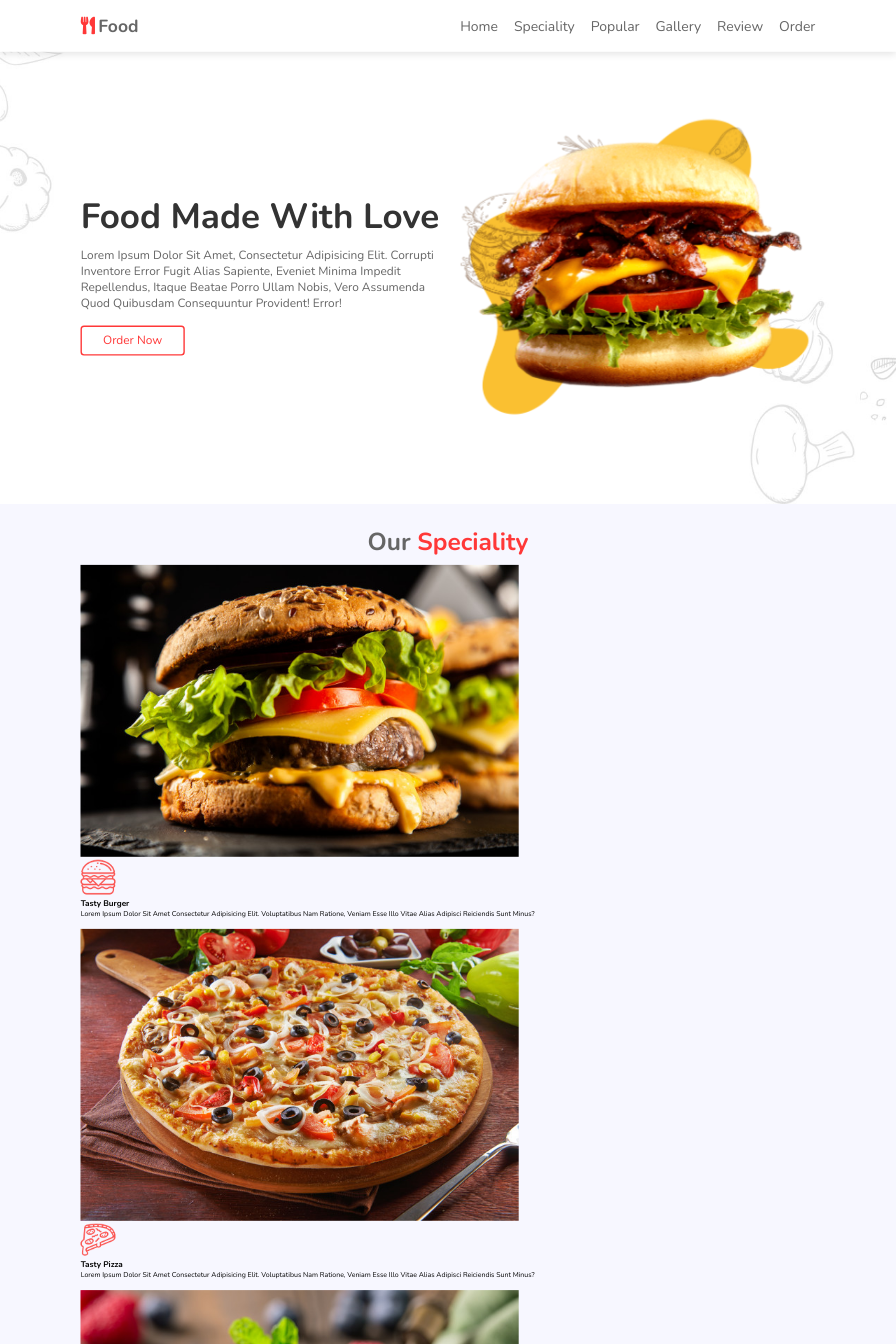
Repository: ManhTanVN/food
Page: index.html
These files come from the project's save history. The page is drawn as it stood at one moment and after the next save; the edit follows.
The browser window is 1280 px wide. The pictures show the part of the page from y = 0 to 1920 px (the page is 7150 px tall before and 4588 px after), at 70% of full size.
The style sheet was rebuilt from its Sass, Less or Tailwind sources for each picture, by a compiler version that may differ from the author's.

Above is the page before, as saved 2021-08-29 16:33:05.

After the next save:
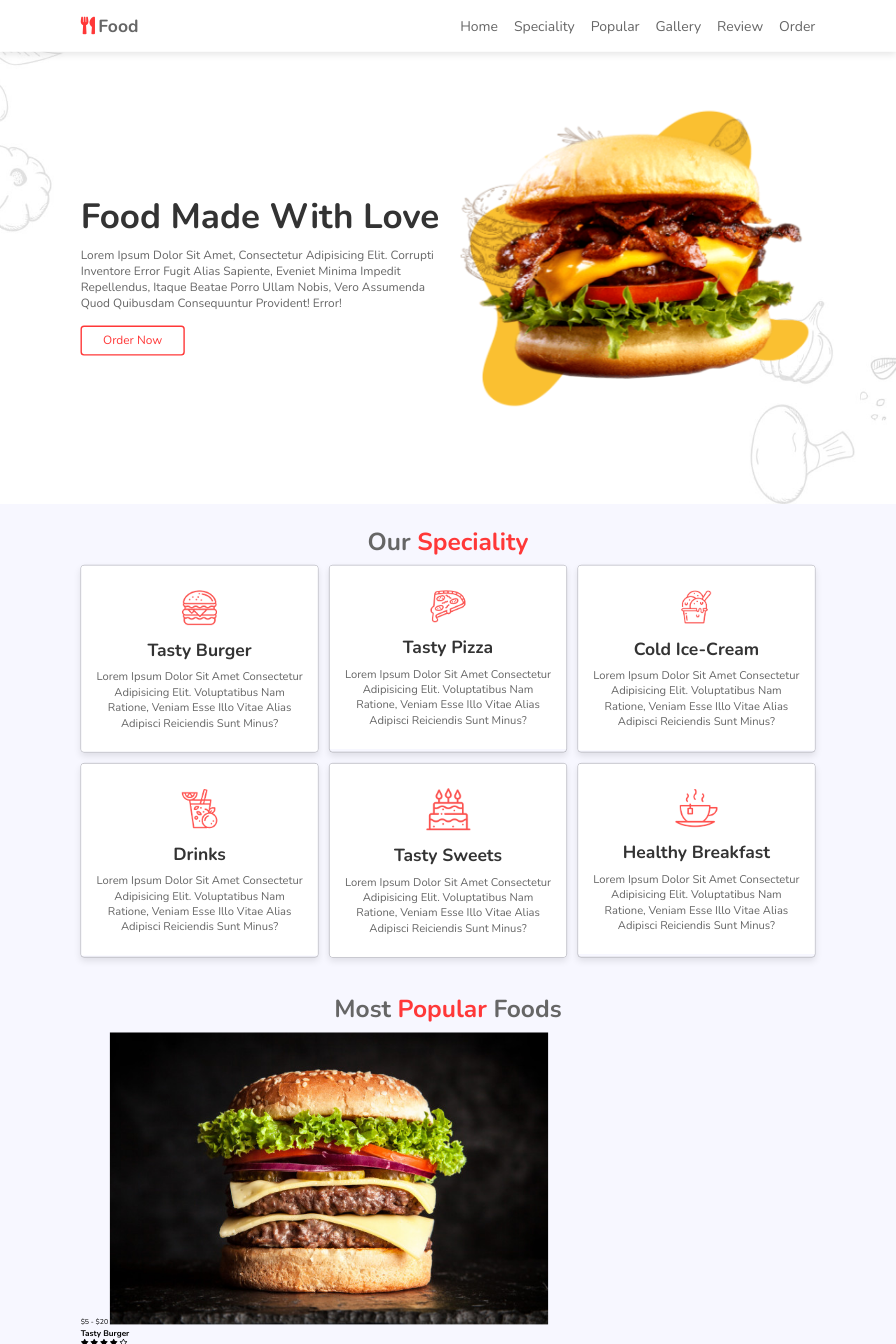
Saved 35 s later.
--- a/sass/_speciality.scss
+++ b/sass/_speciality.scss
@@ -12,7 +12,9 @@
     display: flex;
     flex-wrap: wrap;
     gap: 1.5rem;
+}
 .speciality {
+    & .box-container {
         & .box {
             flex: 1 1 30rem;
             position: relative;
